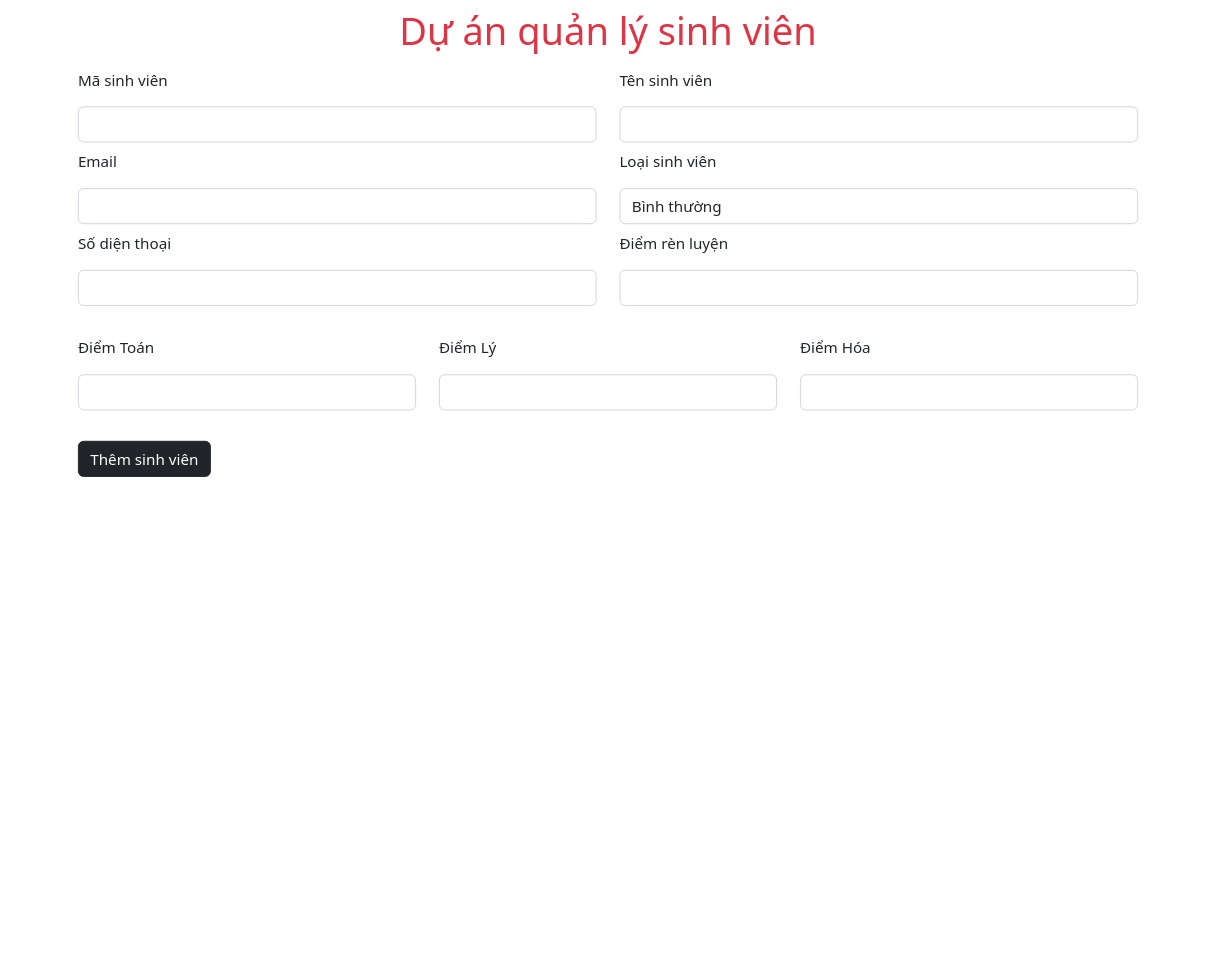
Repository: hcozyph/Cybersoft_JS_OOP
Page: index.html
The author's editor kept a copy of each file at every save. The page is drawn from the files as they stood at one save, then again after the next save.
The browser window is 1280 px wide. The pictures show the whole page, at 95% of full size.

Above is the page before, as saved 2023-02-26 09:29:01.

After the next save:
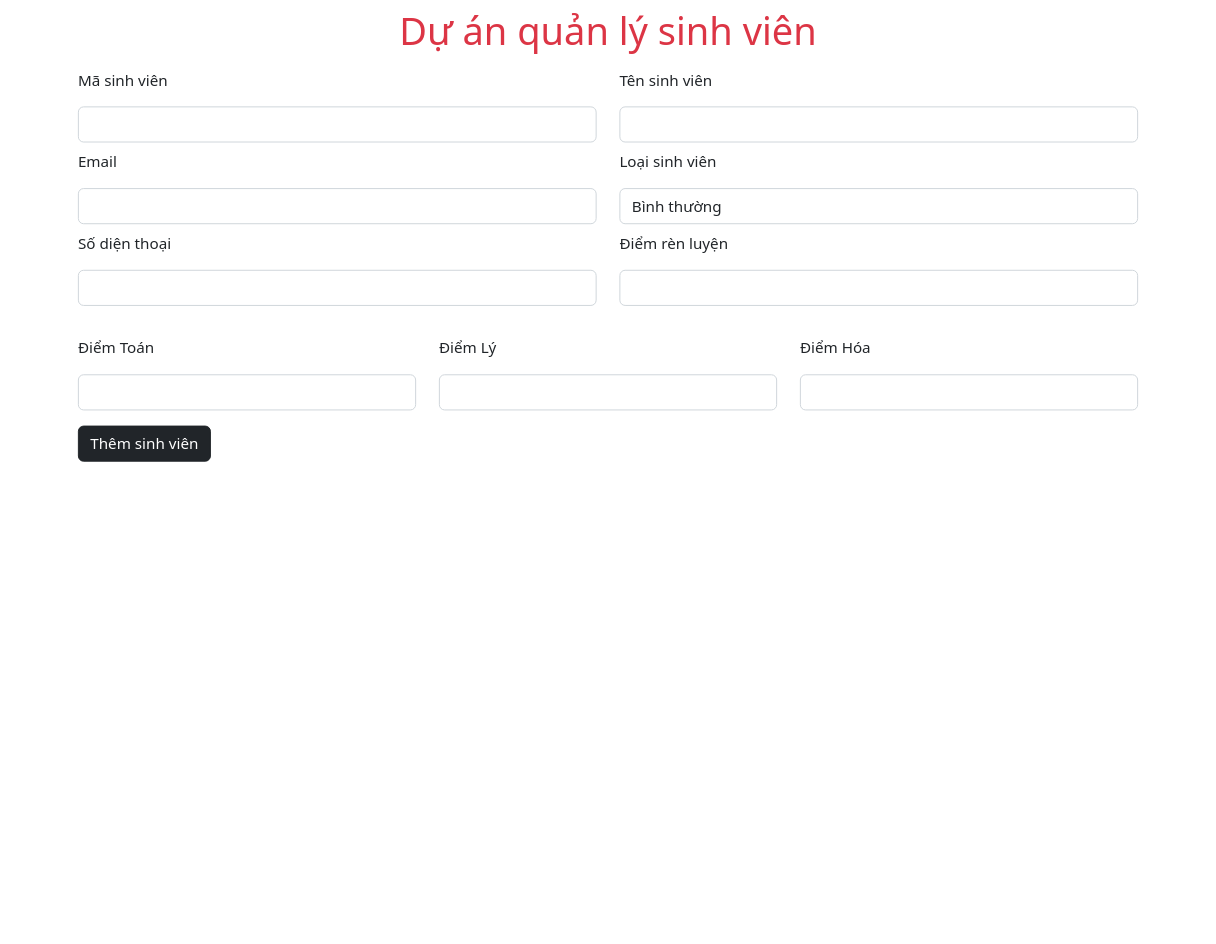
Saved 6 s later.
--- a/index.html
+++ b/index.html
@@ -85,7 +85,7 @@
                 </div>
 
                 <div class="mt-2">
-                    <button class="btn btn-dark my-4" id="btnThemSinhVien">Thêm sinh viên</button>
+                    <button class="btn btn-dark my-2" id="btnThemSinhVien">Thêm sinh viên</button>
                 </div>
 
             </div>
